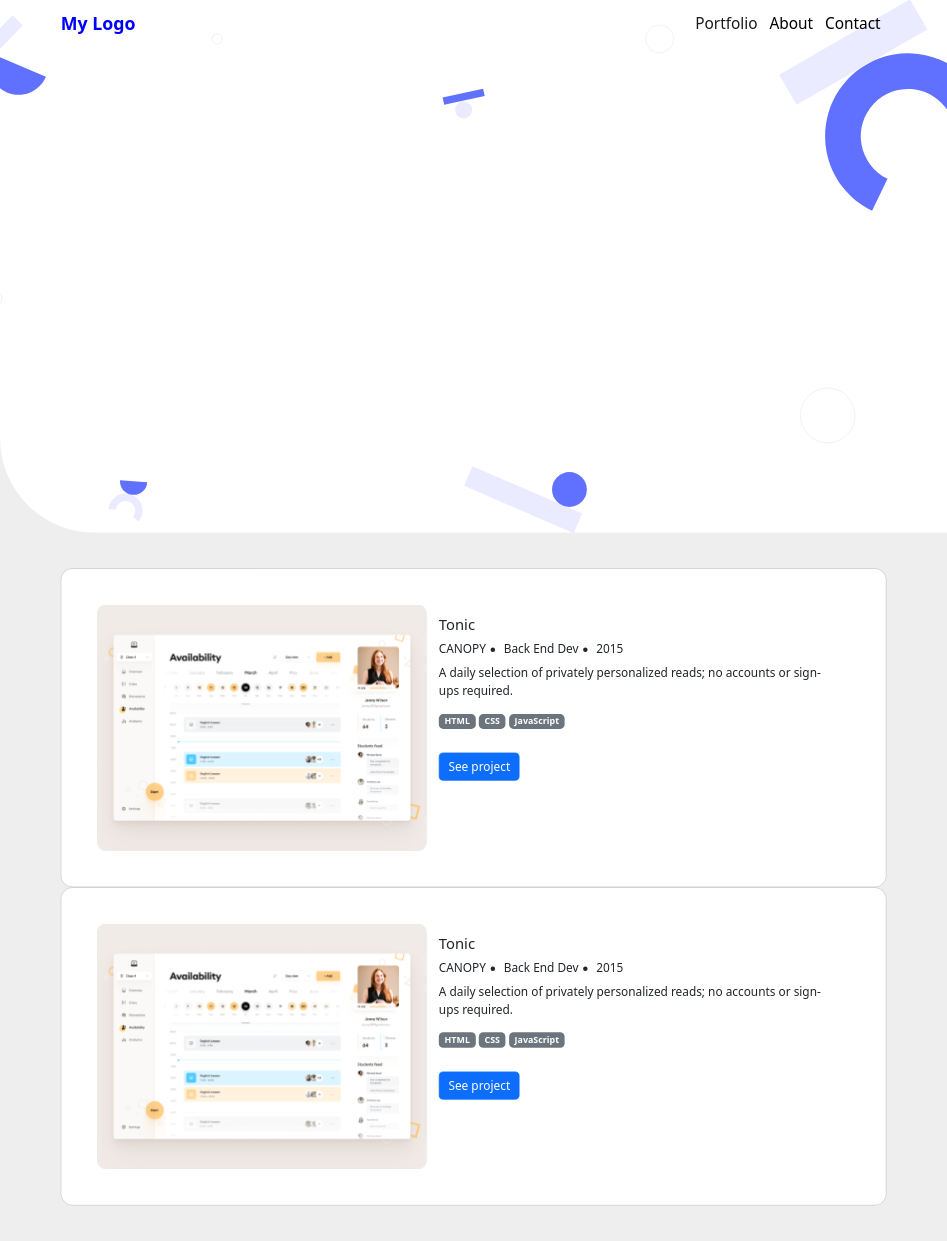
Repository: waelelsafty07/Bootstrap-Portfolio
Page: index.html
These files come from the project's save history. The page is drawn as it stood at one moment and after a run of saves; the edit follows.
The browser window is 1280 px wide. The pictures show the whole page, at 74% of full size.

Above is the page before, as saved 2023-04-04 17:14:48.

### index.html
<!DOCTYPE html>
<html lang="en">
<head>
    <meta charset="UTF-8">
    <meta http-equiv="X-UA-Compatible" content="IE=edge">
    <meta name="viewport" content="width=device-width, initial-scale=1.0">
    <title>Portfolio</title>
    <link rel="stylesheet" href="css/bootstrap.min.css"/>
    <link rel="stylesheet" href="styles.css"/>
</head>
<body>
    <header>
        <nav class="navbar navbar-expand-lg navbar-light">
            <div class="container">
              <a class="navbar-brand" href="#">My Logo</a>
              <button class="navbar-toggler" type="button" data-bs-toggle="collapse" data-bs-target="#navbarNav" aria-controls="navbarNav" aria-expanded="false" aria-label="Toggle navigation">
                <span class="navbar-toggler-icon"></span>
              </button>
              <div class="collapse navbar-collapse flex-row-reverse" id="navbarNav">
                <ul class="navbar-nav">
                  <li class="nav-item">
                    <a class="nav-link active" aria-current="page" href="#works">Portfolio</a>
                  </li>
                  <li class="nav-item">
                    <a class="nav-link" href="#">About</a>
                  </li>
                  <li class="nav-item">
                    <a class="nav-link" href="#">Contact</a>
                  </li>
                </ul>
              </div>
            </div>
          </nav>
    </header>
    <main>
      <section id="works" class="works m-5">
        <div class="container">
          <div class="card flex-row p-5 rounded-4">
            <img src="images/Snapshoot Portfolio (1).svg" class="card-img-top w-50" alt="...">
            <div class="card-body">
              <h5 class="card-title mb-2">Tonic</h5>
              <ul class="d-flex p-0 my-2">
                <li class="list-unstyled">CANOPY</li>
                <li class="ms-4">Back End Dev</li>
                <li class="ms-4">2015</li>
              </ul>
              <p class="card-text my-2">A daily selection of privately personalized reads; no accounts or sign-ups required.</p>
              <ul class="list-unstyled my-3">
                <li class="badge bg-secondary">HTML</li>
                <li class="badge bg-secondary">CSS</li>
                <li class="badge bg-secondary">JavaScript</li>
              </ul>
              <a href="#" class="btn btn-primary mt-3">See project</a>
            </div>
          </div>

          <div class="card flex-row p-5 rounded-4">
            <img src="images/Snapshoot Portfolio (1).svg" class="card-img-top w-50" alt="...">
            <div class="card-body">
              <h5 class="card-title mb-2">Tonic</h5>
              <ul class="d-flex p-0 my-2">
                <li class="list-unstyled">CANOPY</li>
                <li class="ms-4">Back End Dev</li>
                <li class="ms-4">2015</li>
              </ul>
              <p class="card-text my-2">A daily selection of privately personalized reads; no accounts or sign-ups required.</p>
              <ul class="list-unstyled my-3">
                <li class="badge bg-secondary">HTML</li>
                <li class="badge bg-secondary">CSS</li>
                <li class="badge bg-secondary">JavaScript</li>
              </ul>
              <a href="#" class="btn btn-primary mt-3">See project</a>
            </div>
          </div>
        </div>

      </section>
    </main>

    <script src="js/bootstrap.bundle.min.js"></script>
</body>
</html>

### styles.css
body {
  background-color: #eee;
}
header {
  background-color: #fff;
  background-image: url("images/Header\ bg.svg");
  background-repeat: no-repeat;
  background-position: center;
  height: 100vh;
  border-bottom-left-radius: 8rem;
}
nav .navbar-brand {
  font-weight: bold;
  font-size: 1.5rem;
  color: blue;
}
nav .nav-link {
  font-weight: 500;
  font-size: 1.3rem;
  color: #000;
}

Loaded but not shown: css/bootstrap.min.css (library); js/bootstrap.bundle.min.js (library)

After the next 4 saves:
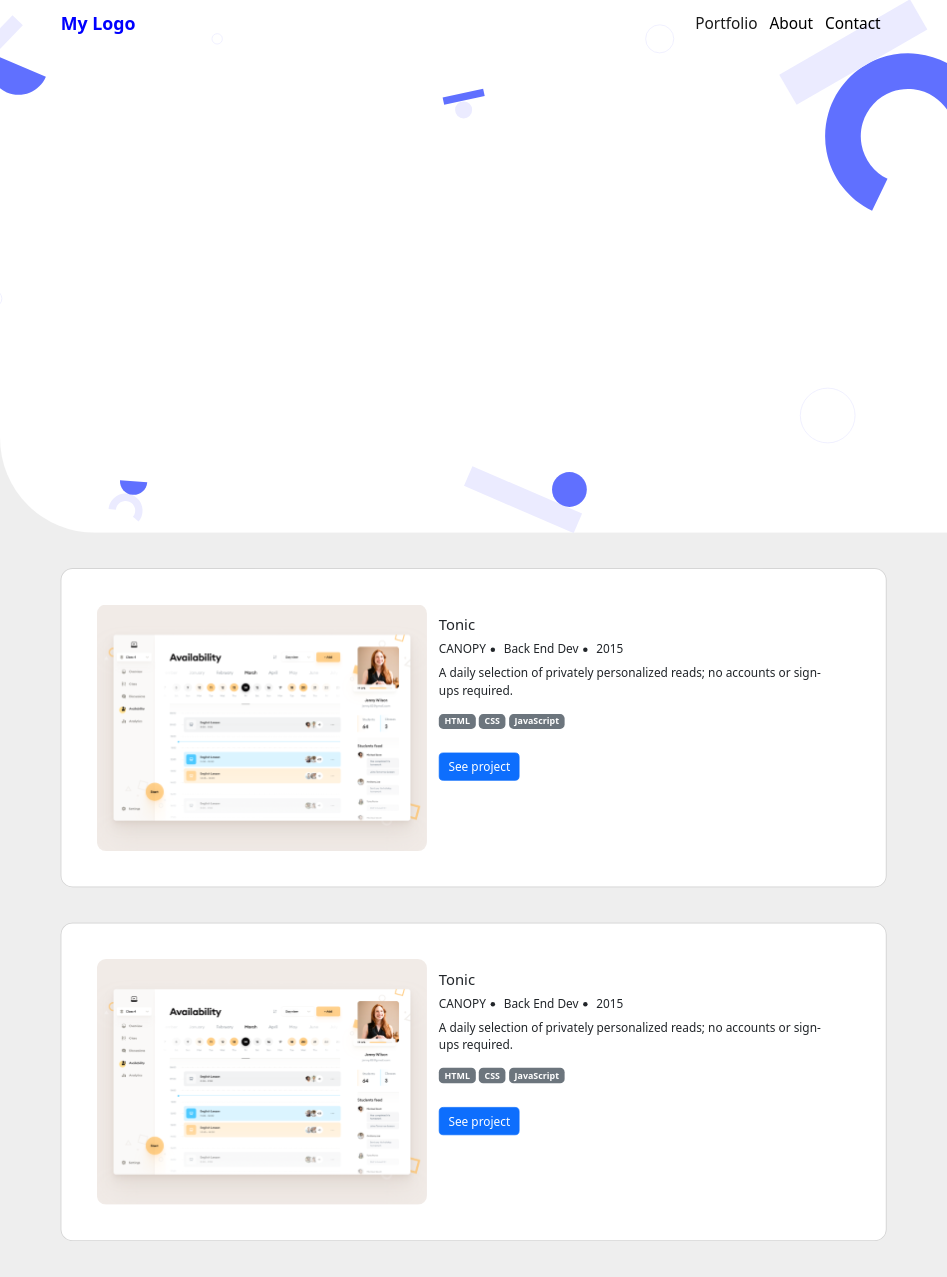
The 4 saves are shown as one change because they came seconds apart.
The last was saved 33 s later.
--- a/index.html
+++ b/index.html
@@ -54,7 +54,7 @@
             </div>
           </div>
 
-          <div class="card flex-row p-5 rounded-4">
+          <div class="card flex-row p-5 rounded-4 mt-5">
             <img src="images/Snapshoot Portfolio (1).svg" class="card-img-top w-50" alt="...">
             <div class="card-body">
               <h5 class="card-title mb-2">Tonic</h5>
